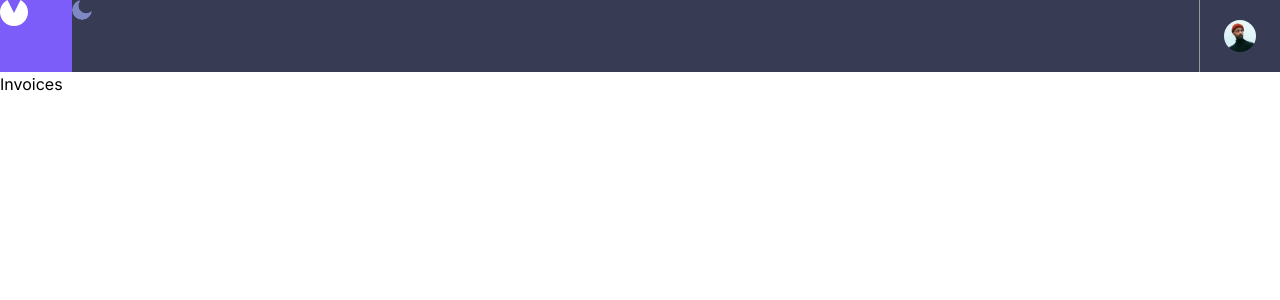
Repository: theoneswhodead/invoice-app
Page: /
An editor plug-in stored every save of this project. The page is shown before and after the next save, followed by the edit.
The browser window is 1280 px wide. The pictures show the whole page.
The project was rebuilt for these pictures with package versions that can differ from the ones it lists, and the page was loaded fresh each time. The framework's server and built-in components were replaced by stand-ins that run in the browser. Also part of the build but not shown: next.config.mjs.

Above is the page before, as saved 2024-08-19 17:54:59.

After the next save:
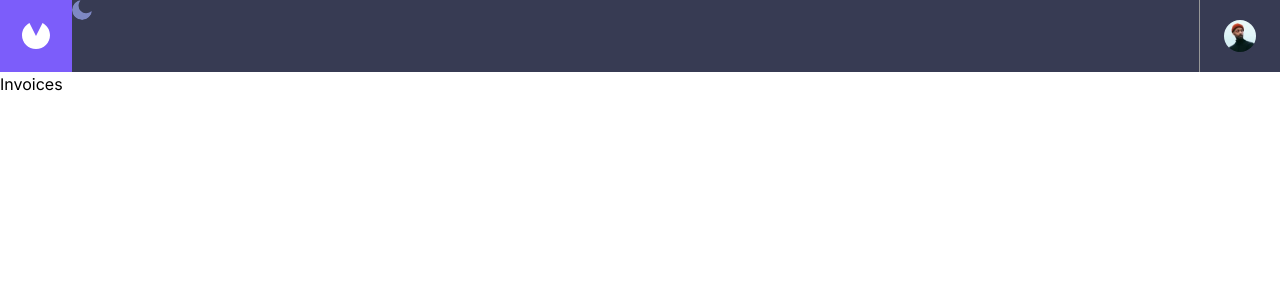
Saved 2 min 26 s later.
--- a/app/components/BarMenu.tsx
+++ b/app/components/BarMenu.tsx
@@ -11,7 +11,7 @@ const BarMenu = () => {
                 width={28}
                 height={26}
                 alt="Logo"
-                className='my-'
+                className='mx-[22px] my-[23px]'
             />
         </div>
         <div>
